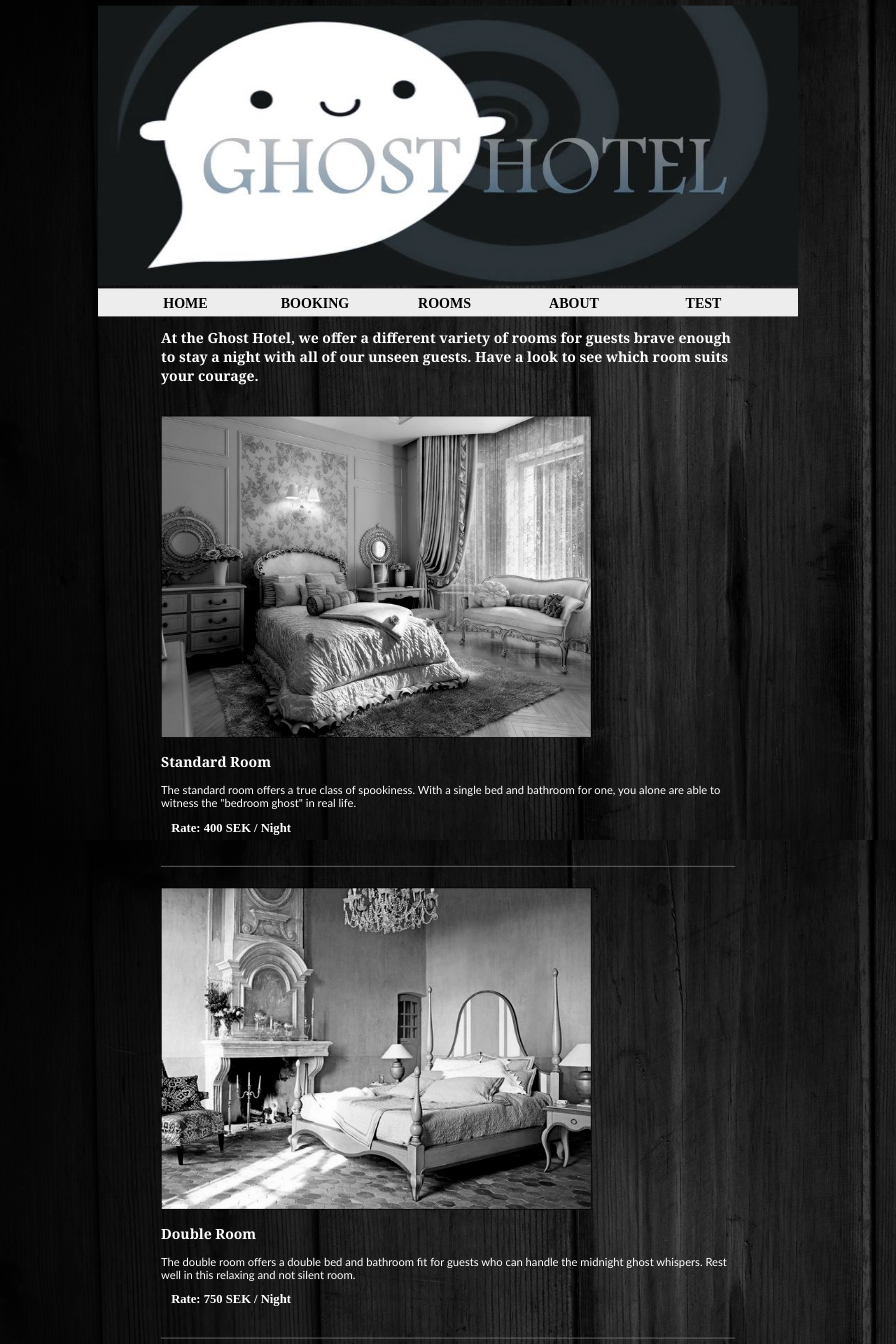
Repository: shelleylv/planb
Page: Client2/WebContent/Rooms.html
These files come from the project's save history. The page is drawn as it stood at one moment and after the next save; the edit follows.
The browser window is 1280 px wide. The pictures show the part of the page from y = 0 to 1920 px (the page is 2731 px tall before and 2736 px after), at 70% of full size.
Backgrounds fixed to the window are drawn as part of the page.

Above is the page before, as saved 2015-04-05 18:58:29.

### Client2/WebContent/Rooms.html
<!DOCTYPE html>
<html>
<head>
	<meta charset="UTF-8">
	<title>Ghost Hotel</title>
	<link rel="stylesheet" href="css/style.css" type="text/css">
</head>
<div id="page">
			<div id="header">
				<img src ="bilder/ghlogo.jpg" alt="header"/>
				<div id="navigation">
					<ul>
						<li class="selected">
						<a href="Startpage.html"><strong>Home</strong></a>
						</li>
						<li>
							<a href="Booking.jsp"><strong>Booking</strong></a>
						</li>
						<li>
							<a href="Rooms.html"><strong>Rooms</strong></a>
						</li>
						<li>
							<a href="About.html"><strong>About</strong></a>
						</li>
						<li>
							<a href="Test.html"><strong>Test</strong></a>
						</li>
					</ul>
				</div>
			</div>
			<div id="contents">
				<div id="roompage">
					<div>
						<div id="roombox">
							<h1> At the Ghost Hotel, we offer a different variety of rooms for guests brave enough to stay a night with all of our unseen guests. Have a look to see which room suits your courage.</h1>
							<ul id="rooms">
								<li>
									<img src="bilder/standardroom.jpg" alt="Img">
									<h2>Standard Room</h2>
									<p>
										The standard room offers a true class of spookiness. With a single bed and bathroom for one, you alone are able to witness the "bedroom ghost" in real life.
									</p>
									<span class="rate"><strong>Rate: 400 SEK / Night</strong></span>
								</li>

								<li>
									<img src="bilder/doubleroom.jpg" alt="Img">
									<h2>Double Room</h2>
									<p>
										The double room offers a double bed and bathroom fit for guests who can handle the midnight ghost whispers. Rest well in this relaxing and not silent room.
									</p>
									<span class="rate"><strong>Rate: 750 SEK / Night</strong></span>
								</li>
								<li>
									<img src="bilder/suiteroom.jpg" alt="Img">
									<h2>Suite Room</h2>
									<p>
										The hotel's suite offers a space for five guests with two double beds with separate bathrooms and a futon. Beware that you are not the only ones present in the room.
									</p>
									<span class="rate"><strong>Rate: 1200 SEK / Night</strong></span>
								</li>
							</ul>
						</div>
					</div>
				</div>
			</div>
		</div>
	<div id="footer">
		<div>
			<ul class="navigation">
				<li class="active">
						<a href="Startpage.html">Home</a>
					</li>
					<li>
						<a href="Booking.jsp">Booking</a>
					</li>
					<li>
						<a href="Rooms.html">Rooms</a>
					</li>
					<li>
						<a href="About.html">About</a>
					</li>
					<li>
						<a href="Test.html">Test</a>
					</li>
			</ul>
		</div>
		<p> © Ghost Hotel. Lunds Universitet. Instutitionen av Informatik. All Rights Reserved. 2015</p>
	</div>
<body>
</body>
</html>

### Client2/WebContent/css/style.css
/*---------DESIGN----------------*/

body{
	background-image: url("../bilder/backgroundwood.jpg");
	background-attachment: fixed;
}


#page{
	width: 1000px;
	margin: auto;
}

#header{
	width: 1000px;
	margin: auto;
}


/*---------CONTENTS--------------*/
#contents{
	border: none;
}

#contents h1{
	color: white;
	font-family: Times New Roman;
	font-size: 20px;
}

#contents h2{
	color: white;
	font-family: Times New Roman;
	font-size: 20px;
}

#contents p{
	color: white;
	font-family: Trebuchet MS;
	font-size: 18px;
}

/*------------ABOUTBOX-------*/
#aboutbox{
	width: 820px;
	margin: auto;
	padding: 4px 5px 18px;
	border: none;
}

/*------ABOUTUS-----------*/

#aboutus h1{
	color: white;
	font-family: Georgia, Times New Roman;
	text-decoration: none;
	font-size: 20px;
}

#aboutus h2{
	color: white;
	font-family: Georgia, Times New Roman;
	font-size: 20px;
}

#aboutus p {
	color: white;
	font-family: Trebuchet MS;
	font-size: 16px;
}

#aboutus img{
	float: right;
	border: 3px solid black;
	margin-right:-90px;
	margin-top: 20px;
}

/*----------------NAVIGATION------------------*/

#navigation{
	background-color: #EDEDED;
	clear: both;
	height: 40px;
	width: 1000px;
	margin: auto;
}

#navigation ul{
	display: inline-block;
	width: 1000px;
	list-style: none;
	margin: 0;
	padding: 0;
}

#navigation li{
	float:left;
	height: 20px;
	width: 100px;
	margin-left: 65px;
	padding: 10px;
	text-align: center;
}

#navigation li:first-child{
	margin-left: 0
	padding-left: 0;
}

#navigation li a{
	color: black;
	display: block;
	text-decoration: none;
	text-transform: uppercase;
	font-family: Times New Roman;
	font-size: 20px;

}

#navigation li a:hover {
	color: red;
}

/*--------------MAIN--------------*/
#main {
	width: 820px;
	margin: auto;
	padding: 20px 5px 18px;
}

#main p{
	font-size: 17px;
	font-family: Times New Roman;
	text-align: left;
	color: white;
	text-transform: none;
}

#main h2{
	font-family: Times New Roman;
	text-transform: uppercase;
	text-align: center;
	color: white;
}


/*-------------INFOBOX------------*/

#infobox{
	float: right;
	position: static;
	width: 220px;
	height: 520px;
	margin: 20px 20px 5px 20px;
	padding-top: 20px;
}

/*---------------SIDEBOX----------------*/
.sidebox{
	height: 150px;
	width: 220px;
	margin-bottom: 15px;
	margin-top: 20px;
}

.sidebox img{
	height: 150px;
	width: 220px;
}


/*--------------BOOKINGBOX-----------*/

#bookingbox{
	width: 820px;
	margin: auto;
	padding: 10px;
}

#bookingbox p{
	font-family: Times New Roman;

}


/*------------BOOKING---------*/

#booking{
	background-color: none;
	width: 770px;
	float: left;
	height: 400px;
	border: none;
	padding: 20px;
}

#booking label{
	color: white;
	font-size: 20;
	font-family: Trebuchet MS;
}

#booking p{
	font-family: Times New Roman;
}



/*---------RESULTBOX-----------*/
#resultbox {
	border:1px dashed black;
	float: right;
	width: 550px;
	height: 400px;
	margin: auto;
	padding: 0px 10px 10px 10px ;
	overflow: scroll;
}

#resultbox p{
	color: white;
	font: Times New Roman;
}

#resultbox span{
	font-weight: bold;
	font-family: Trebuchet MS;
}

/*-----------ROOMBOX----------*/

#roombox{
	border: none;
	width: 820px;
	margin: auto;
	padding: 4px 5px 18px;
}

#roombox h1{
	text-decoration: uppercase;
	font-family: Times New Roman;
	color: white;
	font-size: 20px;
}

/*----ROOMS----*/

#rooms{
	list-style: none;
	margin: 0;
	padding: 0;
}

#rooms li{
	display: block;
	width: 750;
	border-top: 1px solid grey;
	padding: 30px 0;
	position: relative;
}

#rooms li:first-child{
	border-top:0;
}

#rooms li img{
	float: none;
	border: 1px solid black;
	margin-right: 15px;
}

#roombox p {
	font-family: Trebuchet MS;
	font-size: 16px;
	color: white;
}

#roombox h1{
	color: white;
	font-family: Georgia, Times New Roman;

}
#roombox h2{
	font-family: Georgia, Times New Roman;
	color: white;
}


#rooms .rate {
	color: white;
	display: inline-block;
	font-family: Times New Roman;
	font-size: 18px;
	height: 35px;
	width: 200px;
	text-align: center;
	position: static;
	bottom: 30px;
}

/*-----------FOOTER------------------*/

#footer{
	color: white;
	font-size: 14px;
	line-height: 48px;
	margin: -38px 0 20px;
	padding-top: 42px;
	text-transform: uppercase;
	clear:both
}

#footer > div {
	background-color:#717171;
	height: 40px;
	width: 850px;
	border-bottom: 1px solid #4F4F4F;
	border-top: 1px solid #4F4F4F;
	margin: 0 auto;
	padding: 0 20px;
	text-align: right;
}

#footer ul.navigation {
	display: inline-block;
	list-style: none;
	margin: 0;
	padding: 0;
	float: left;
}

#footer ul.navigation li {
	float: left;
	height: 50px;
	width:100px;
	margin-left: 50px;

}
#footer ul.navigation li a {
	color: white;
	padding: 5px;
	text-decoration: none;
	font-family:Times New Roman;
	font-size:18px;
}

#footer ul.navigation li:first-child a {
	border-left: 0;
	padding-left: 0;
}

#footer ul.navigation li a:hover {
	color: red;
}

#footer p {
	color: white;
	margin: center;
	text-align: center;
	text-transform: none;
}

After the next save:
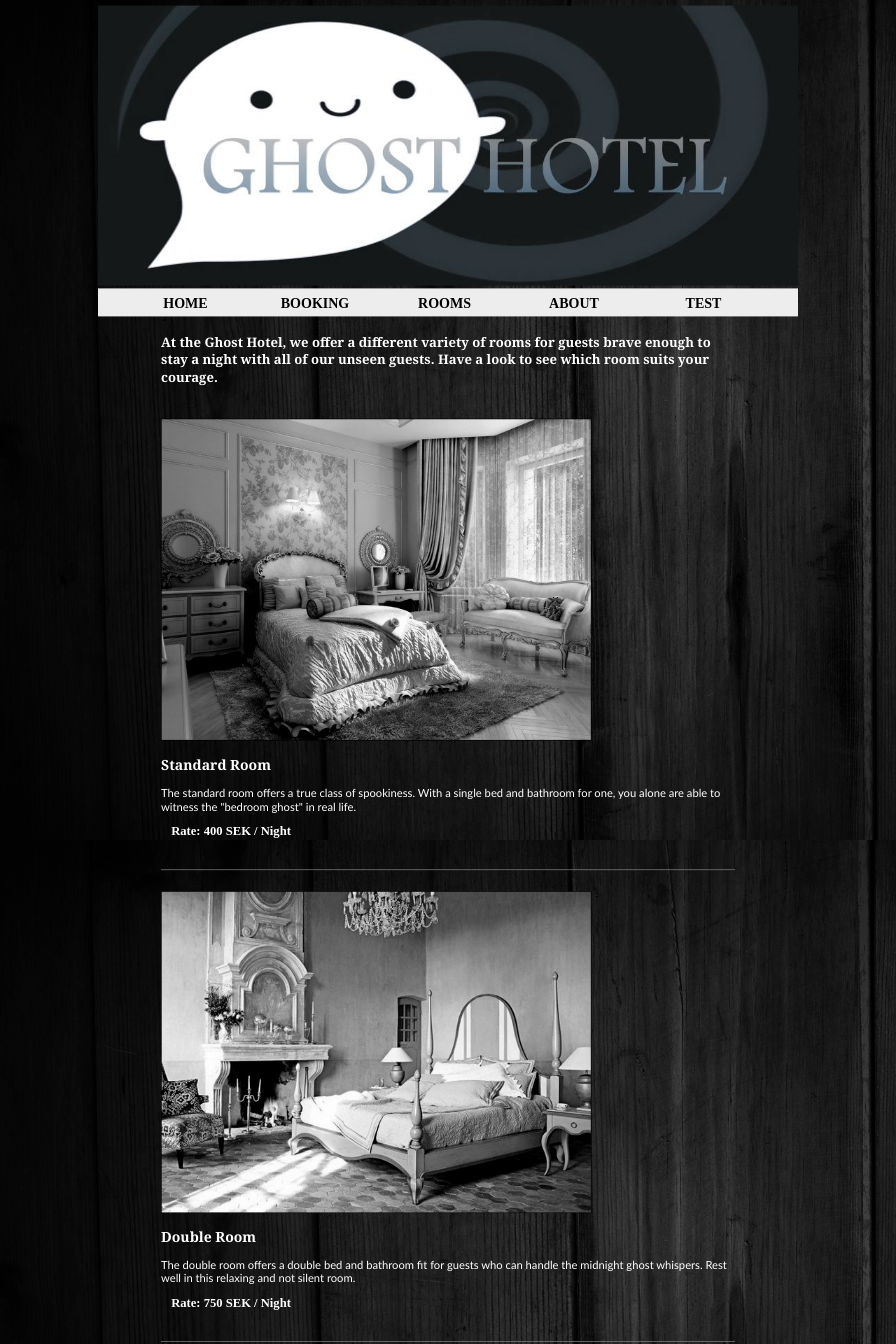
Saved 40 s later.
--- a/Client2/WebContent/Rooms.html
+++ b/Client2/WebContent/Rooms.html
@@ -32,7 +32,7 @@
 				<div id="roompage">
 					<div>
 						<div id="roombox">
-							<h1> At the Ghost Hotel, we offer a different variety of rooms for guests brave enough to stay a night with all of our unseen guests. Have a look to see which room suits your courage.</h1>
+							<h3> At the Ghost Hotel, we offer a different variety of rooms for guests brave enough to stay a night with all of our unseen guests. Have a look to see which room suits your courage.</h3>
 							<ul id="rooms">
 								<li>
 									<img src="bilder/standardroom.jpg" alt="Img">
--- a/Client2/WebContent/css/style.css
+++ b/Client2/WebContent/css/style.css
@@ -276,7 +276,7 @@
 	color: white;
 }
 
-#roombox h1{
+#roombox h3{
 	color: white;
 	font-family: Georgia, Times New Roman;
 
